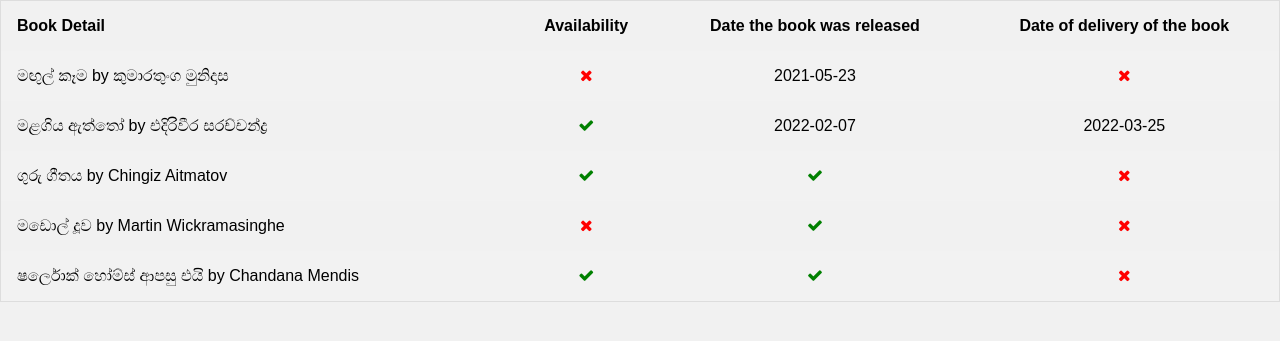
Repository: RPSKumara/DPEdudationPyhton
Page: ResponsiveWebAssigment/category.html
An editor plug-in stored every save of this project. The page is shown before and after the next save, followed by the edit.
The browser window is 1280 px wide. The pictures show the whole page.

Above is the page before, as saved 2022-04-22 14:43:48.

### ResponsiveWebAssigment/category.html
<!DOCTYPE html>
<html lang="en">
	<head>
		<meta charset="UTF-8" />
		<meta http-equiv="X-UA-Compatible" content="IE=edge" />
		<meta name="viewport" content="width=device-width, initial-scale=1.0" />
		<link
			rel="stylesheet"
			href="https://cdnjs.cloudflare.com/ajax/libs/font-awesome/4.7.0/css/font-awesome.min.css"
		/>
		<link rel="stylesheet" href="style.css" />
		<title>Document</title>
	</head>
	<body>
		<table>
			<tr>
				<th style="width: 40%">Book Detail</th>
				<th>Availability</th>
				<th>Date the book was released</th>
				<th>Date of delivery of the book</th>
			</tr>
			<tr>
				<td>මඟුල් කෑම by කුමාරතුංග මුනිදාස</td>
				<td><i class="fa fa-remove"></i></td>
				<td>2021-05-23</td>
				<td><i class="fa fa-remove"></i></td>
			</tr>
			<tr>
				<td>මළගිය ඇත්තෝ by එදිරිවීර සරච්චන්ද්‍ර</td>
				<td><i class="fa fa-check"></i></td>
				<td>2022-02-07</td>
                <td>2022-03-25</td>
			</tr>
			<tr>
				<td>ගුරු ගීතය by Chingiz Aitmatov</td>
				<td><i class="fa fa-check"></i></td>
				<td><i class="fa fa-check"></i></td>
                <td><i class="fa fa-remove"></i></td>
			</tr>
			<tr>
				<td>මඩොල් දූව by Martin Wickramasinghe</td>
				<td><i class="fa fa-remove"></i></td>
				<td><i class="fa fa-check"></i></td>
                <td><i class="fa fa-remove"></i></td>
			</tr>
			<tr>
				<td>ෂර්ලොක් හෝම්ස් ආපසු එයි by Chandana Mendis</td>
				<td><i class="fa fa-check"></i></td>
				<td><i class="fa fa-check"></i></td>
                <td><i class="fa fa-remove"></i></td>
			</tr>
		</table>
	</body>
</html>

### ResponsiveWebAssigment/style.css
* {
	margin: 0;
	padding: 0;
	box-sizing: border-box;
}
body {
	background-color: #f1f1f1;
	font-family: Arial;
}

/* ------------------------------------ Style for Navigation Bar ------------------------------------ */
ul.navigationBar {
	list-style-type: none;
	margin: 0;
	padding: 0;
	overflow: hidden;
	background-color: #333;
}

ul.navigationBar li {
	float: left;
}

ul.navigationBar li a {
	display: block;
	color: white;
	text-align: center;
	padding: 14px 16px;
	text-decoration: none;
}

ul.navigationBar li a:hover:not(.active) {
	background-color: #04aa6d41;
}

ul.navigationBar li a.active {
	background-color: #04aa6d;
}

ul.navigationBar li.right {
	float: right;
}

@media screen and (max-width: 600px) {
	ul.navigationBar li.right,
	ul.navigationBar li {
		float: none;
	}
}
/* ------------------------------------ Style for Image Viewer ------------------------------------ */

/* Center website */
.imageMainContain {
	max-width: 1000px;
	margin: auto;
}

.imageRow {
	margin: 8px -16px;
}

/* Add padding BETWEEN each imageColumn */
.imageRow,
.imageRow > .imageColumn {
	padding: 8px;
}

/* Create four equal imageColumns that floats next to each other */
.imageColumn {
	float: left;
	width: 33%;
}

/* Clear floats after imageRows */
.imageRow:after {
	imagecontent: '';
	display: table;
	clear: both;
}

/* imageContent */
.imageContent {
	background-color: white;
	padding: 10px;
}

/* Responsive layout - makes a two imageColumn-layout instead of four imageColumns */
@media screen and (max-width: 900px) {
	.imageColumn {
		width: 50%;
	}
}

/* Responsive layout - makes the two imageColumns stack on top of each other instead of next to each other */
@media screen and (max-width: 600px) {
	.imageColumn {
		width: 100%;
	}
}
/* ------------------------------------ Style for Table ------------------------------------ */
table {
	border-collapse: collapse;
	border-spacing: 0;
	width: 100%;
	border: 1px solid #ddd;
}

th,
td {
	text-align: center;
	padding: 16px;
}

th:first-child,
td:first-child {
	text-align: left;
}

tr:nth-child(even) {
	background-color: #f2f2f2;
}

.fa-check {
	color: green;
}

.fa-remove {
	color: red;
}

After the next save:
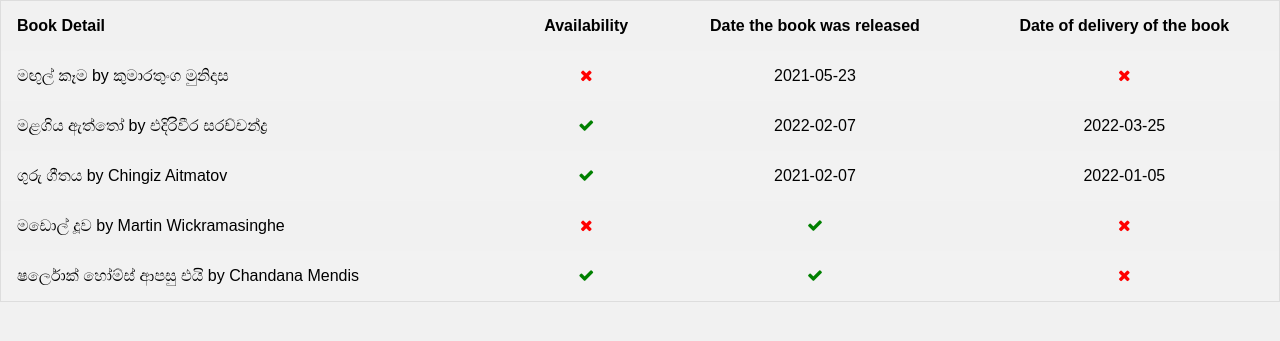
Saved 71 s later.
--- a/ResponsiveWebAssigment/category.html
+++ b/ResponsiveWebAssigment/category.html
@@ -34,8 +34,8 @@
 			<tr>
 				<td>ගුරු ගීතය by Chingiz Aitmatov</td>
 				<td><i class="fa fa-check"></i></td>
-				<td><i class="fa fa-check"></i></td>
-                <td><i class="fa fa-remove"></i></td>
+				<td>2021-02-07</td>
+                <td>2022-01-05</i></td>
 			</tr>
 			<tr>
 				<td>මඩොල් දූව by Martin Wickramasinghe</td>
